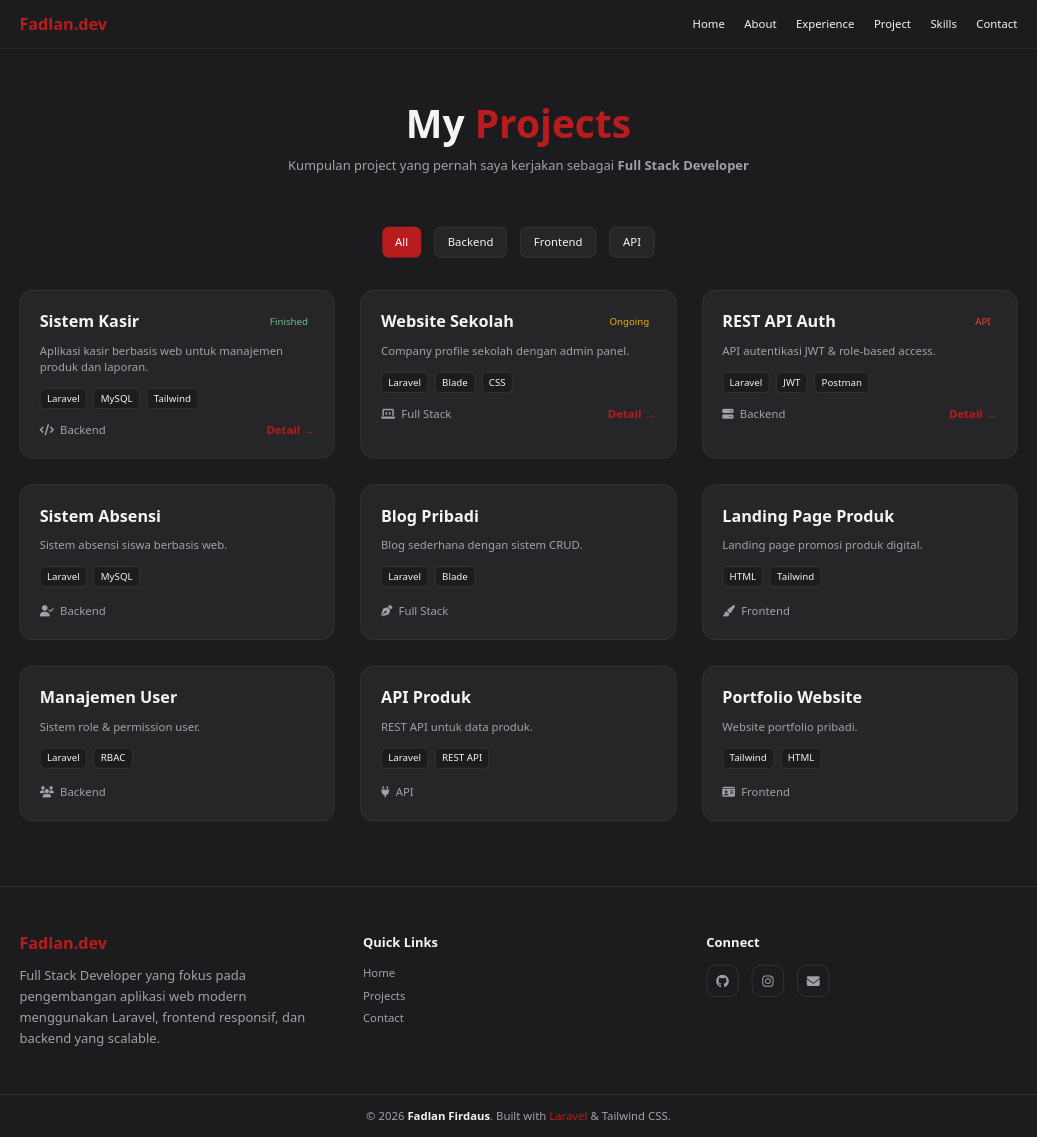
Repository: Fadlan079/Personal-Portfolio
Page: http://localhost/project
These files come from the project's save history. The page is drawn as it stood at one moment and after a run of saves; the edit follows.
The browser window is 1280 px wide. The pictures show the whole page, at 81% of full size.
Some web libraries are served in a nearby version. The page is served by the project's Laravel application, run on PHP 8.4 with Laravel 12.

Above is the page before, as saved 2026-01-14 14:40:10.

After the next 2 saves:
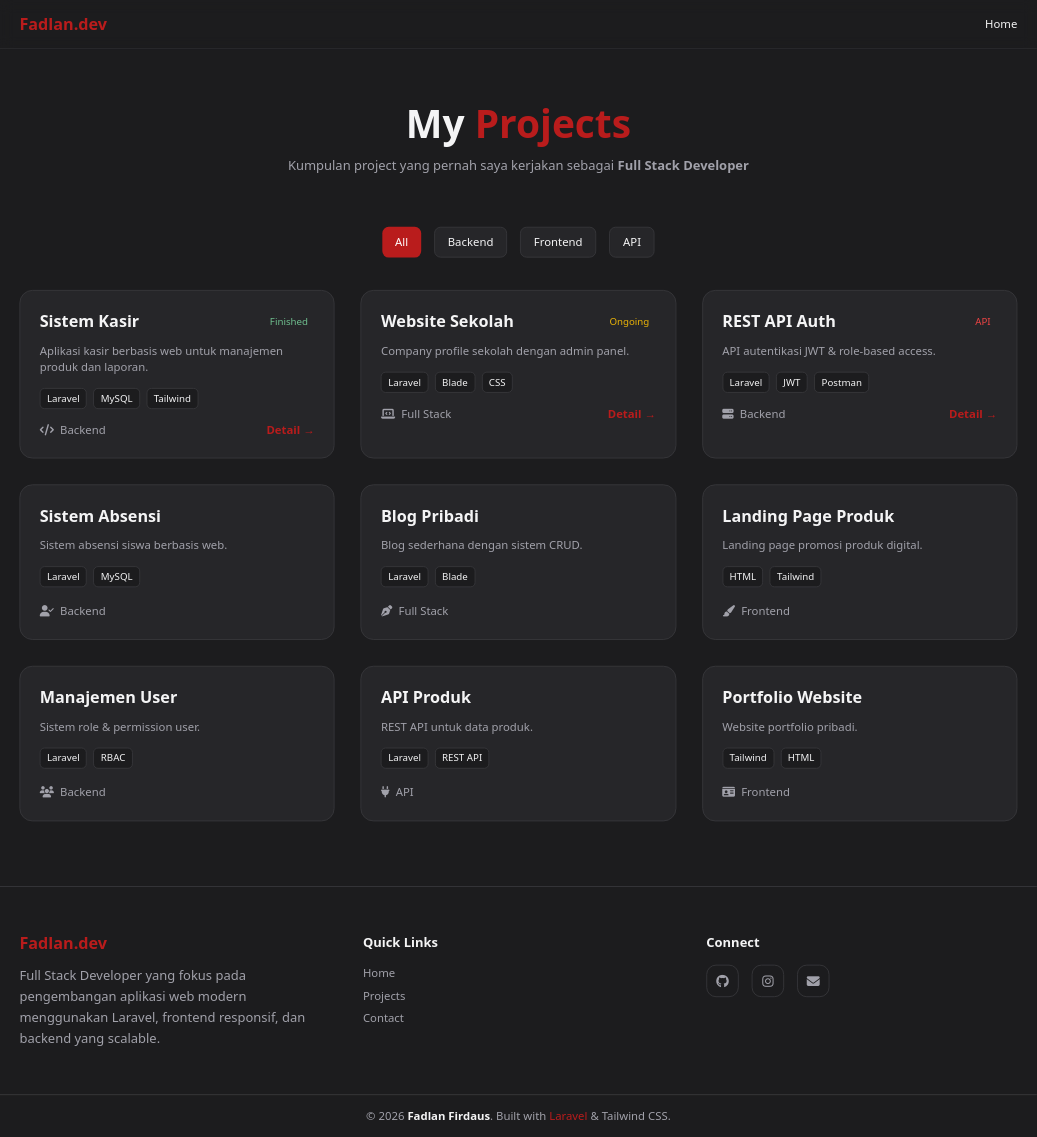
The 2 saves are shown as one change because they came seconds apart.
The last was saved 13 s later.
--- a/resources/views/project.blade.php
+++ b/resources/views/project.blade.php
@@ -67,26 +67,6 @@
     <ul class="flex gap-6 text-sm">
       <li class="relative group">
         <a href="#home">Home</a>
-        <span class="absolute left-0 -bottom-1 h-[2px] w-0 bg-primary transition-all group-hover:w-full"></span>
-      </li>
-      <li class="relative group">
-        <a href="#about">About</a>
-        <span class="absolute left-0 -bottom-1 h-[2px] w-0 bg-primary transition-all group-hover:w-full"></span>
-      </li>
-      <li class="relative group">
-        <a href="#experience">Experience</a>
-        <span class="absolute left-0 -bottom-1 h-[2px] w-0 bg-primary transition-all group-hover:w-full"></span>
-      </li>
-        <li class="relative group">
-        <a href="#projects">Project</a>
-        <span class="absolute left-0 -bottom-1 h-[2px] w-0 bg-primary transition-all group-hover:w-full"></span>
-      </li>
-      <li class="relative group">
-        <a href="#skills">Skills</a>
-        <span class="absolute left-0 -bottom-1 h-[2px] w-0 bg-primary transition-all group-hover:w-full"></span>
-      </li>
-      <li class="relative group">
-        <a href="#contact">Contact</a>
         <span class="absolute left-0 -bottom-1 h-[2px] w-0 bg-primary transition-all group-hover:w-full"></span>
       </li>
     </ul>
